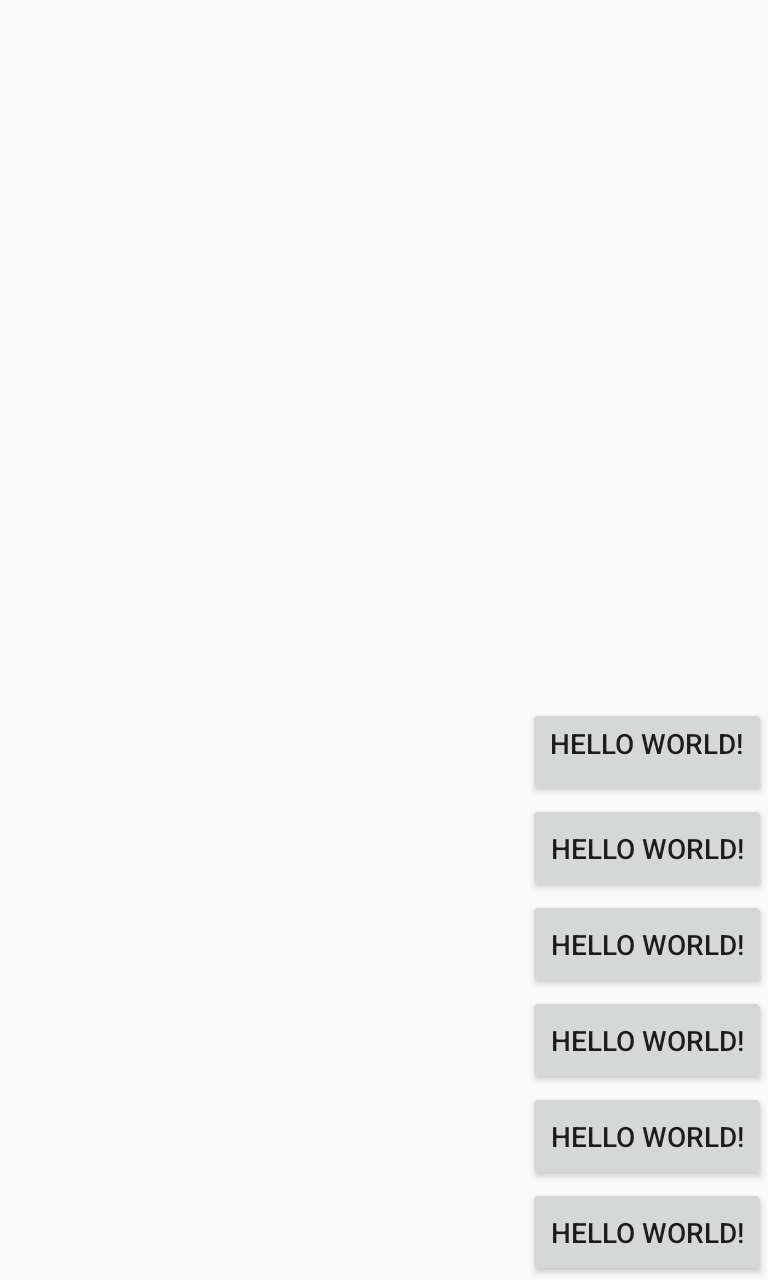
Repository: A207/guanjingjing
Layout: day4/Second/res/layout/activity_main.xml
These files come from the project's save history. The layout is drawn as it stood at one moment and after the next save; the edit follows.
It is drawn on a 768 x 1280 px phone screen (xhdpi) without system bars, with theme AppTheme; the app's code is not run.

Above is the layout before, as saved 2015-07-09 10:22:00.

After the next save:
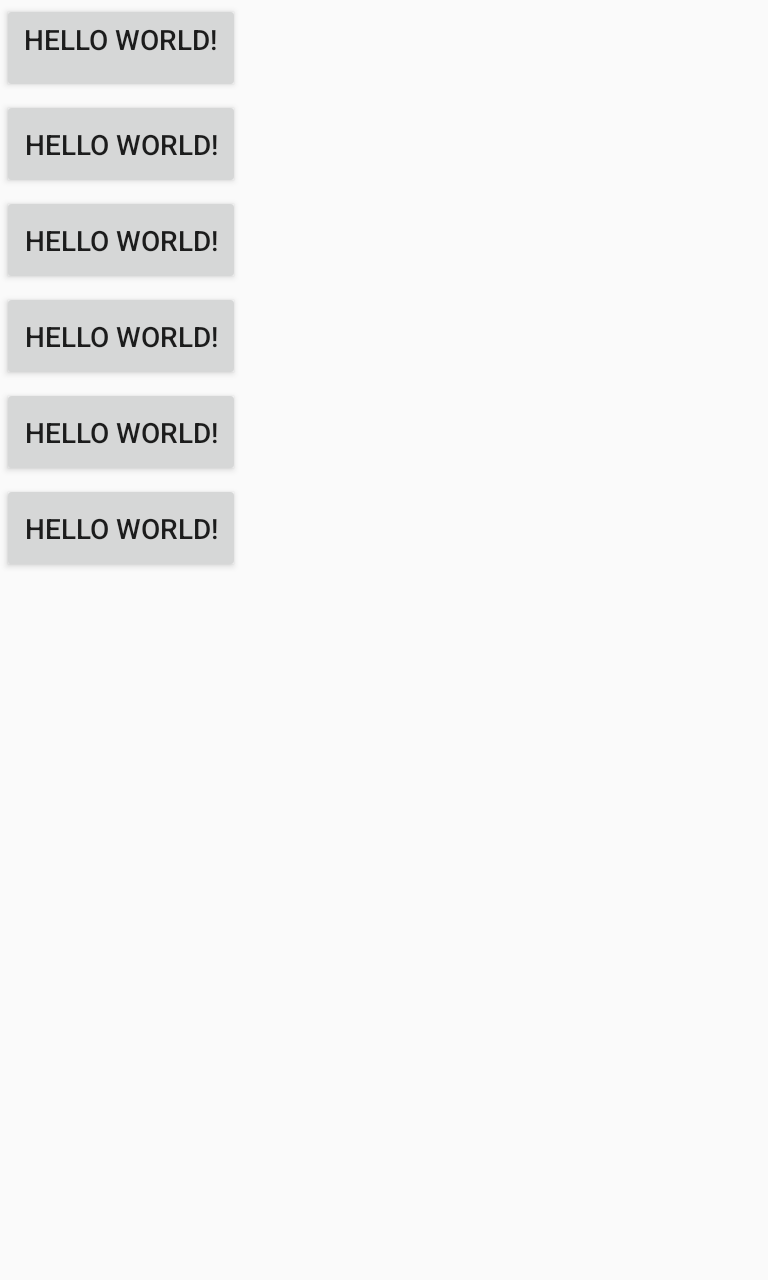
Saved 68 s later.
--- a/day4/Second/res/layout/activity_main.xml
+++ b/day4/Second/res/layout/activity_main.xml
@@ -2,14 +2,14 @@
     android:layout_width="match_parent"
     android:layout_height="match_parent"
     android:orientation="vertical"
-    android:gravity="right||bottom" >
+    android:layout_gravity="left||bottom" >
     <!--android:gravity="center"> -->
 
     <Button
         android:layout_width="wrap_content"
         android:layout_height="wrap_content"
         android:text="@string/hello_world"
-        android:gravity="left" />
+        android:gravity="top" />
     <Button
         android:layout_width="wrap_content"
         android:layout_height="wrap_content"
